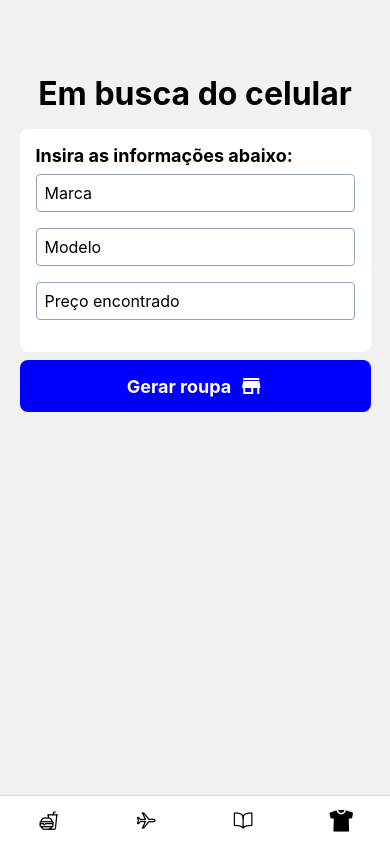
Repository: Matheus904-12/routes
Screen: /Roupas (app in roteamento/)
These files come from the project's save history. The screen is drawn as it stood at one moment and after the next save; the edit follows.
The app was drawn by React Native's web renderer in a window 390 px wide. The project was rebuilt for these pictures with package versions that can differ from the ones it lists, and the page was loaded fresh each time. Also part of the build but not shown: roteamento/pages/viagem.js, roteamento/pages/filmes.js.

Above is the screen before, as saved 2024-05-01 17:58:35.

### roteamento/App.tsx
import React from 'react';
import { NavigationContainer } from '@react-navigation/native';
import { Routes } from './routes';

export default function App() {
  return (
    <NavigationContainer>
      <Routes />
    </NavigationContainer>
  );
}

### roteamento/routes.js
import { createBottomTabNavigator } from "@react-navigation/bottom-tabs";
import { Viagem } from './pages/viagem';
import { Livros } from './pages/filmes';
import { Roupas } from './pages/roupas';
import { Receita } from './pages/receita';
import { Ionicons } from '@expo/vector-icons/'

const Tab = createBottomTabNavigator();

export function Routes() {
    return (
        <Tab.Navigator>
            <Tab.Screen
                name="Receita"
                component={Receita}
                options={{
                    tabBarShowLabel: false,
                    headerShown: false,
                    tabBarIcon: ({ focused }) => {
                        if (focused) {
                            return (<Ionicons size={25} color={"#000"} name="fast-food" />)
                        }
                        return (<Ionicons size={20} color={"#000"} name="fast-food-outline" />)
                    }
                }}
            />
            <Tab.Screen
                name="Viagem"
                component={Viagem}
                options={{
                    tabBarShowLabel: false,
                    headerShown: false,
                    tabBarIcon: ({ focused }) => {
                        if (focused) {
                            return (<Ionicons size={25} color={"#000"} name="airplane" />)
                        }
                        return (<Ionicons size={20} color={"#000"} name="airplane-outline" />)
                    }
                }}
            />
            <Tab.Screen
                name="Livros"
                component={Livros}
                options={{
                    tabBarShowLabel: false,
                    headerShown: false,
                    tabBarIcon: ({ focused }) => {
                        if (focused) {
                            return (<Ionicons size={25} color={"#000"} name="book" />)
                        }
                        return (<Ionicons size={20} color={"#000"} name="book-outline" />)
                    }
                }}
            />
            <Tab.Screen
                name="Roupas"
                component={Roupas}
                options={{
                    tabBarShowLabel: false,
                    headerShown: false,
                    tabBarIcon: ({ focused }) => {
                        if (focused) {
                            return (<Ionicons size={25} color={"#000"} name="shirt" />)
                        }
                        return (<Ionicons size={20} color={"#000"} name="shirt-outline" />)
                    }
                }}
            />
        </Tab.Navigator>
    )
}

### roteamento/pages/roupas.js
import React, { useState } from 'react';
import { StyleSheet, Text, View, TextInput, TouchableOpacity, Platform, StatusBar, ScrollView, ActivityIndicator, Alert, Keyboard } from 'react-native';
import { MaterialCommunityIcons } from '@expo/vector-icons';

const alturaStatusBar = StatusBar.currentHeight;
const KEY_GPT = 'SUA_CHAVE_DE_API';

export function Roupas() {

  const [load, defLoad] = useState(false);
  const [receita, defReceita] = useState("");

  const [ingr1, defIngr1] = useState("");
  const [ingr2, defIngr2] = useState("");
  const [ingr3, defIngr3] = useState("");
  const [ingr4, defIngr4] = useState("");
  const [ocasiao, defOcasiao] = useState("");

  async function gerarReceita() {
    if (ingr1 === "" || ingr2 === "" || ingr3 === "" || ingr4 === "" || ocasiao === "") {
      Alert.alert("Atenção", "Informe todas as informações!", [{ text: "Beleza!" }])
      return;
    }
    defReceita("");
    defLoad(true);
    Keyboard.dismiss();

    const prompt = `Sugira celulares, dicas personalizadas de sobre o dispositivo pesquisado com base na ${ocasiao} e preferencias de configuração: ${ingr1} e ${ingr2}, e pesquise lojas onlines e avaliações sobre o que celular entrega. Caso encontre vídeos no youtube, informe o link.`;

    fetch("https://api.openai.com/v1/chat/completions", {
      method: "POST",
      headers: {
        "Content-Type": "application/json",
        Authorization: `Bearer ${KEY_GPT}`
      },
      body: JSON.stringify({
        model: "gpt-3.5-turbo",
        messages: [
          {
            role: 'user',
            content: prompt
          }
        ],
        temperature: 0.20,
        max_tokens: 500,
        top_p: 1,
      })
    })
      .then(response => response.json())
      .then((data) => {
        console.log(data.choices[0].message.content);
        defReceita(data.choices[0].message.content)
      })
      .catch((error) => {
        console.log(error);
      })
      .finally(() => {
        defLoad(false);
      })
  }

  return (
    <ScrollView>
         <View style={ESTILOS.container}>
      <StatusBar barStyle="dark-content" translucent={true} backgroundColor="#F1F1F1" />
      <Text style={ESTILOS.header}>Em busca do celular</Text>
      <View style={ESTILOS.form}>
        <Text style={ESTILOS.label}>Insira as informações abaixo:</Text>
        <TextInput
          placeholder="Marca"
          style={ESTILOS.input}
          value={ingr1}
          onChangeText={(texto) => defIngr1(texto)}
        />
        <TextInput
          placeholder="Modelo"
          style={ESTILOS.input}
          value={ingr2}
          onChangeText={(texto) => defIngr2(texto)}
        />
        <TextInput
          placeholder="Preço encontrado"
          style={ESTILOS.input}
          value={ocasiao}
          onChangeText={(texto) => defOcasiao(texto)}
        />
      </View>

      <TouchableOpacity style={ESTILOS.button} onPress={gerarReceita}>
        <Text style={ESTILOS.buttonText}>Gerar roupa</Text>
        <MaterialCommunityIcons name="store" size={24} color="#FFF" />
      </TouchableOpacity>

      <ScrollView contentContainerStyle={{ paddingBottom: 24, marginTop: 4, }} style={ESTILOS.containerScroll} showsVerticalScrollIndicator={false} >
        {load && (
          <View style={ESTILOS.content}>
            <Text style={ESTILOS.title}>Procurando roupas...</Text>
            <ActivityIndicator color="#000" size="large" />
          </View>
        )}

        {receita && (
          <View style={ESTILOS.content}>
            <Text style={ESTILOS.title}>A roupa ideal aqui 👇</Text>
            <Text style={{ lineHeight: 24 }}>{receita} </Text>
          </View>
        )}
      </ScrollView>
    </View>
    </ScrollView>
  );
}

const ESTILOS = StyleSheet.create({
  container: {
    flex: 1,
    backgroundColor: '#f1f1f1',
    alignItems: 'center',
    paddingTop: 20,
  },
  header: {
    fontSize: 32,
    fontWeight: 'bold',
    paddingTop: Platform.OS === 'android' ? alturaStatusBar : 54
  },
  form: {
    backgroundColor: '#FFF',
    width: '90%',
    borderRadius: 8,
    padding: 16,
    marginTop: 16,
    marginBottom: 8,
  },
  label: {
    fontWeight: 'bold',
    fontSize: 18,
    marginBottom: 8,
  },
  input: {
    borderWidth: 1,
    borderRadius: 4,
    borderColor: '#94a3b8',
    padding: 8,
    fontSize: 16,
    marginBottom: 16,
  },
  button: {
    backgroundColor: 'blue',
    width: '90%',
    borderRadius: 8,
    flexDirection: 'row',
    padding: 14,
    justifyContent: 'center',
    alignItems: 'center',
    gap: 8,
  },
  buttonText: {
    fontSize: 18,
    color: '#FFF',
    fontWeight: 'bold'
  },
  content: {
    backgroundColor: '#FFF',
    padding: 16,
    width: '100%',
    marginTop: 16,
    borderRadius: 8,
  },
  title: {
    fontSize: 18,
    fontWeight: 'bold',
    textAlign: 'center',
    marginBottom: 14
  },
  containerScroll: {
    width: '90%',
    marginTop: 8,
  }
});

### roteamento/pages/receita.js
import React, { useState } from 'react';
import { StyleSheet, Text, View, TextInput, TouchableOpacity, Platform, StatusBar, ScrollView, ActivityIndicator, Alert, Keyboard } from 'react-native';
import { MaterialCommunityIcons } from '@expo/vector-icons';

const alturaStatusBar = StatusBar.currentHeight;
const KEY_GPT = 'SUA_CHAVE_DE_API';

export function Receita() {

    const [load, defLoad] = useState(false);
    const [receita, defReceita] = useState("");

    const [ingr1, defIngr1] = useState("");
    const [ingr2, defIngr2] = useState("");
    const [ingr3, defIngr3] = useState("");
    const [ingr4, defIngr4] = useState("");
    const [ocasiao, defOcasiao] = useState("");

    async function gerarReceita() {
        if (ingr1 === "" || ingr2 === "" || ingr3 === "" || ingr4 === "" || ocasiao === "") {
            Alert.alert("Atenção", "Informe todos os ingredientes!", [{ text: "Beleza!" }])
            return;
        }
        defReceita("");
        defLoad(true);
        Keyboard.dismiss();

        const prompt = `Sugira uma receita detalhada para o ${ocasiao} usando os ingredientes: ${ingr1}, ${ingr2}, ${ingr3} e ${ingr4} e pesquise a receita no YouTube. Caso encontre, informe o link.`;

        fetch("https://api.openai.com/v1/chat/completions", {
            method: "POST",
            headers: {
                "Content-Type": "application/json",
                Authorization: `Bearer ${KEY_GPT}`
            },
            body: JSON.stringify({
                model: "gpt-3.5-turbo",
                messages: [
                    {
                        role: 'user',
                        content: prompt
                    }
                ],
                temperature: 0.20,
                max_tokens: 500,
                top_p: 1,
            })
        })
            .then(response => response.json())
            .then((data) => {
                console.log(data.choices[0].message.content);
                defReceita(data.choices[0].message.content)
            })
            .catch((error) => {
                console.log(error);
            })
            .finally(() => {
                defLoad(false);
            })
    }

    return (
        <ScrollView>
            <View style={ESTILOS.container}>
                <StatusBar barStyle="dark-content" translucent={true} backgroundColor="#F1F1F1" />
                <Text style={ESTILOS.header}>Receitas Fáceis</Text>
                <View style={ESTILOS.form}>
                    <Text style={ESTILOS.label}>Insira os ingredientes abaixo:</Text>
                    <TextInput
                        placeholder="Ingrediente 1"
                        style={ESTILOS.input}
                        value={ingr1}
                        onChangeText={(texto) => defIngr1(texto)}
                    />
                    <TextInput
                        placeholder="Ingrediente 2"
                        style={ESTILOS.input}
                        value={ingr2}
                        onChangeText={(texto) => defIngr2(texto)}
                    />
                    <TextInput
                        placeholder="Ingrediente 3"
                        style={ESTILOS.input}
                        value={ingr3}
                        onChangeText={(texto) => defIngr3(texto)}
                    />
                    <TextInput
                        placeholder="Ingrediente 4"
                        style={ESTILOS.input}
                        value={ingr4}
                        onChangeText={(texto) => defIngr4(texto)}
                    />
                    <TextInput
                        placeholder="Almoço ou Jantar"
                        style={ESTILOS.input}
                        value={ocasiao}
                        onChangeText={(texto) => defOcasiao(texto)}
                    />
                </View>

                <TouchableOpacity style={ESTILOS.button} onPress={gerarReceita}>
                    <Text style={ESTILOS.buttonText}>Gerar receita</Text>
                    <MaterialCommunityIcons name="food-variant" size={24} color="#FFF" />
                </TouchableOpacity>

                <ScrollView contentContainerStyle={{ paddingBottom: 24, marginTop: 4, }} style={ESTILOS.containerScroll} showsVerticalScrollIndicator={false} >
                    {load && (
                        <View style={ESTILOS.content}>
                            <Text style={ESTILOS.title}>Produzindo receita...</Text>
                            <ActivityIndicator color="#000" size="large" />
                        </View>
                    )}

                    {receita && (
                        <View style={ESTILOS.content}>
                            <Text style={ESTILOS.title}>Sua receita 👇</Text>
                            <Text style={{ lineHeight: 24 }}>{receita} </Text>
                        </View>
                    )}
                </ScrollView>
            </View>
        </ScrollView>
    );
}

const ESTILOS = StyleSheet.create({
    container: {
        flex: 1,
        alignItems: 'center',
        paddingTop: 20,
    },
    header: {
        fontSize: 32,
        fontWeight: 'bold',
        paddingTop: Platform.OS === 'android' ? alturaStatusBar : 54
    },
    form: {
        backgroundColor: '#FFF',
        width: '90%',
        borderRadius: 8,
        padding: 16,
        marginTop: 16,
        marginBottom: 8,
    },
    label: {
        fontWeight: 'bold',
        fontSize: 18,
        marginBottom: 8,
    },
    input: {
        borderWidth: 1,
        borderRadius: 4,
        borderColor: '#94a3b8',
        padding: 8,
        fontSize: 16,
        marginBottom: 16,
    },
    button: {
        backgroundColor: 'blue',
        width: '90%',
        borderRadius: 8,
        flexDirection: 'row',
        padding: 14,
        justifyContent: 'center',
        alignItems: 'center',
        gap: 8,
    },
    buttonText: {
        fontSize: 18,
        color: '#FFF',
        fontWeight: 'bold'
    },
    content: {
        backgroundColor: '#FFF',
        padding: 16,
        width: '100%',
        marginTop: 16,
        borderRadius: 8,
    },
    title: {
        fontSize: 18,
        fontWeight: 'bold',
        textAlign: 'center',
        marginBottom: 14
    },
    containerScroll: {
        width: '90%',
        marginTop: 8,
    }
});

After the next save:
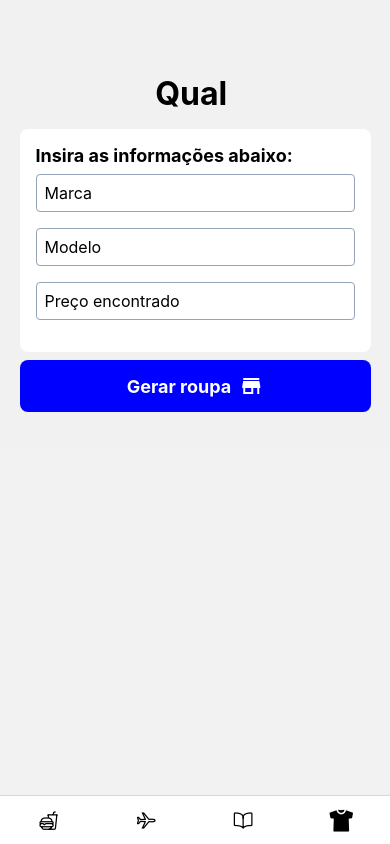
Saved 24 s later.
--- a/roteamento/pages/roupas.js
+++ b/roteamento/pages/roupas.js
@@ -63,7 +63,7 @@ export function Roupas() {
     <ScrollView>
          <View style={ESTILOS.container}>
       <StatusBar barStyle="dark-content" translucent={true} backgroundColor="#F1F1F1" />
-      <Text style={ESTILOS.header}>Em busca do celular</Text>
+      <Text style={ESTILOS.header}>Qual </Text>
       <View style={ESTILOS.form}>
         <Text style={ESTILOS.label}>Insira as informações abaixo:</Text>
         <TextInput
